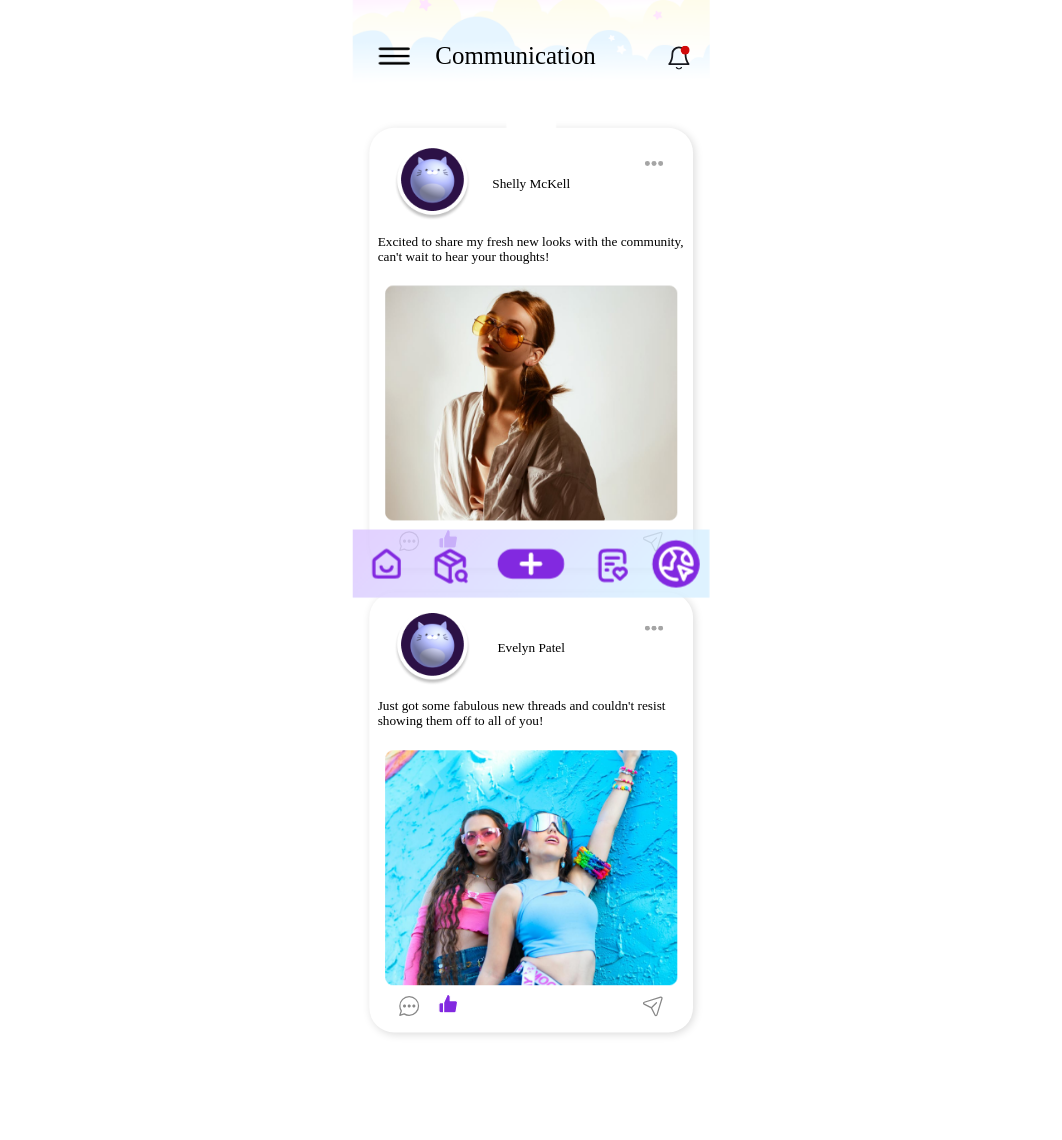
Repository: navnneett/clotho
Page: /Community
The author's editor kept a copy of each file at every save. The page is drawn from the files as they stood at one save, then again after the next save.
The browser window is 1280 px wide. The pictures show the whole page, at 83% of full size.
The page's requests for data from a server got no answer. The project was rebuilt for these pictures with package versions that can differ from the ones it lists, and the page was loaded fresh each time. The framework's server and built-in components were replaced by stand-ins that run in the browser. No one was signed in, and anything a server would have sent is missing. Also part of the build but not shown: next.config.js, next.config.mjs, components/Button/Button.module.css, components/Button/index.js, components/AddPopup/AddPopup.module.css, components/ButtonTwo/ButtonTwo.module.css, components/ButtonTwo/index.js, components/AddPopup/index.js and 4 more.

Above is the page before, as saved 2024-05-04 17:48:25.

### styles/globals.css
:root {

    --transparency: rgba(0, 0, 0, 0);
    --gray: rgb(119, 119, 119);
    --red: rgb(201, 8, 8);

    --large: 21px;
    --medium: 18px;
    --small: 16px;
    --logo: 25px;

    --button-linear-light: 45deg, rgba(221, 184, 255, 0.8), rgba(214, 239, 255, 0.8);
    --button-outline-light: 2px solid #B8C0FF;
    --inventory-card-outline: 4px solid #B8C0FF;
    --button-highlight-light: #8229E0;
    --black: black;
    --white: white;
    --white-transparent: rgba(255, 255, 255, 0.5);
    --light-gray: #B3B3B3;

    --chart-color-purple: #8884d8;
    --chart-color-blue: #83a6ed;
    --chart-color-cyan: #8dd1e1;
    --chart-color-bright-purple: #b399ff;
    --chart-color-light-purple: #b8c0ff;

    --inventory-bgColor: #FBFBFB;



    /* Text styles */
    --open-sans-text: 'Open Sans', sans-serif;
    --open-sans-weight: 500;
    --open-sans-size: 1.7rem;
    --open-sans-small: 1rem;
    --open-sans-medium: 1.2rem;

    --roboto-slab-text: 'Roboto Slab', serif;
    --roboto-slab-weight: 600;
    --roboto-slab-weight-small: 300;
    --roboto-slab-size: 3rem;
    --roboto-slab-small: 2rem;
}


html,
body {
    padding: 0;
    width: 430px;
    min-height: 923px;
    margin: 0 auto 0 auto;
}

### components/BottomNavigation/index.js/index.js
import styles from './BottomNavigation.module.css'
import Image from 'next/image'
import Link from 'next/link'
import { useState } from 'react'
import AddPopup from '@/components/AddPopup'

export default function BottomNavigation(props) {
    const {
        bgColorHome,
        bgColorInventory,
        bgColorPlus,
        bgColorCollection,
        bgColorCommunity,
        pathColorHome,
        pathColorInventory,
        pathColorCollection,
        pathColorCommunity,
        borderStyle,
        iconWidth,
        iconHeight,
    } = props

    const [openPopup, setOpenPopup] = useState(false);

    const plusButton = () => {
        setOpenPopup(!openPopup)
    };

    const closePopup = () => {
        setOpenPopup(false);
    };

    return (
        <>
            { openPopup && <AddPopup plusButton={plusButton} onClick={closePopup}/>}
            <div className={styles.container}>
                <div className={styles.home} style={{backgroundColor: bgColorHome, borderRadius: borderStyle, width: iconWidth, height: iconHeight}}>
                    <Link href='/'>
                    <svg width="35" height="36" viewBox="0 0 35 36" fill="none" xmlns="http://www.w3.org/2000/svg" tabIndex={1}>
                        <path style={{ stroke: pathColorHome}} d="M11.1236 22.1254C11.876 25.047 14.5298 27.2057 17.6881 27.2057C20.8464 27.2057 23.5002 25.047 24.2527 22.1254M16.0236 3.098L4.53089 12.0311C3.76265 12.6282 3.37853 12.9268 3.1018 13.3007C2.85666 13.6319 2.67406 14.0051 2.56294 14.4018C2.4375 14.8496 2.4375 15.3359 2.4375 16.3086V28.5605C2.4375 30.4573 2.4375 31.4057 2.80688 32.1302C3.1318 32.7675 3.65026 33.2856 4.28794 33.6103C5.0129 33.9795 5.96191 33.9795 7.85995 33.9795H27.5163C29.4144 33.9795 30.3634 33.9795 31.0883 33.6103C31.726 33.2856 32.2445 32.7675 32.5694 32.1302C32.9388 31.4057 32.9388 30.4573 32.9388 28.5605V16.3086C32.9388 15.3359 32.9388 14.8496 32.8133 14.4018C32.7022 14.0051 32.5196 13.6319 32.2745 13.3007C31.9977 12.9268 31.6136 12.6282 30.8454 12.0311L19.3527 3.098C18.7573 2.63526 18.4597 2.4039 18.131 2.31496C17.841 2.23649 17.5353 2.23649 17.2453 2.31496C16.9166 2.4039 16.6189 2.63526 16.0236 3.098Z" stroke="#8229E0" strokeWidth="4" strokeLinecap="round" strokeLinejoin="round"/>
                    </svg>
                    </Link>
                </div>
                <div className={styles.inventory} style={{backgroundColor: bgColorInventory, borderRadius: borderStyle, width: iconWidth, height: iconHeight}}>
                    <Link href='/Inventory'>
                    <svg width="41" height="42" viewBox="0 0 41 42" fill="none" xmlns="http://www.w3.org/2000/svg" tabIndex={2}>
                        <path style={{ stroke: pathColorInventory}} d="M35.4792 12.1274L19.307 21.1062M19.307 21.1062L3.13484 12.1274M19.307 21.1062L19.3071 39.1696M36.4306 21.1063V13.3893C36.4306 12.7378 36.4306 12.4121 36.3346 12.1215C36.2496 11.8645 36.1107 11.6286 35.9271 11.4295C35.7196 11.2045 35.4347 11.0463 34.8648 10.7299L20.7855 2.91305C20.2459 2.61346 19.9761 2.46367 19.6904 2.40495C19.4375 2.35297 19.1767 2.35297 18.9238 2.40495C18.6381 2.46367 18.3683 2.61347 17.8287 2.91305L3.74939 10.7299C3.17952 11.0463 2.89457 11.2045 2.68709 11.4295C2.50353 11.6286 2.36462 11.8645 2.27965 12.1215C2.18359 12.4121 2.18359 12.7378 2.18359 13.3893V28.8232C2.18359 29.4747 2.18359 29.8005 2.27965 30.091C2.36462 30.348 2.50353 30.5839 2.68709 30.783C2.89457 31.008 3.17953 31.1662 3.74939 31.4826L17.8287 39.2995C18.3683 39.5991 18.6381 39.7488 18.9238 39.8076C19.1767 39.8595 19.4375 39.8595 19.6904 39.8076C19.9761 39.7488 20.2459 39.5991 20.7855 39.2995L21.2097 39.0639M10.7453 6.84575L27.8689 16.3528M38.3332 39.1696L36.4306 37.2682M38.3332 32.5147C38.3332 35.665 35.7777 38.2189 32.6254 38.2189C29.473 38.2189 26.9176 35.665 26.9176 32.5147C26.9176 29.3643 29.473 26.8105 32.6254 26.8105C35.7777 26.8105 38.3332 29.3643 38.3332 32.5147Z" stroke="#8229E0" strokeWidth="4" strokeLinecap="round" strokeLinejoin="round"/>
                    </svg>
                    </Link>
                </div>
                <div className={styles.plus} style={{backgroundColor: bgColorPlus, borderRadius: borderStyle}}>
                    <svg width="81" height="37" viewBox="0 0 81 37" fill="none" xmlns="http://www.w3.org/2000/svg" tabIndex={3} onClick={plusButton}>
                        <rect x="0.603516" y="0.430176" width="80.2522" height="35.7654" rx="17.8827" fill="#8229E0"/>
                        <rect x="27.1733" y="15.6034" width="27.1122" height="5.41899" rx="2.7095" fill="white"/>
                        <rect x="38.0186" y="31.8604" width="27.095" height="5.42244" rx="2.71122" transform="rotate(-90 38.0186 31.8604)" fill="white"/>
                    </svg>
                </div>
                <div className={styles.collection} style={{backgroundColor: bgColorCollection, borderRadius: borderStyle, width: iconWidth, height: iconHeight}}>
                    <Link href='/Overview'>
                    <svg width="37" height="41" viewBox="0 0 37 41" fill="none" xmlns="http://www.w3.org/2000/svg" tabIndex={4}>
                      <path style={{ stroke: pathColorCollection}} d="M32.6062 16.7002V10.9199C32.6062 7.88498 32.6062 6.36752 31.9979 5.20833C31.4627 4.18868 30.6088 3.35968 29.5585 2.84015C28.3644 2.24951 26.8013 2.24951 23.6752 2.24951H11.767C8.64085 2.24951 7.07777 2.24951 5.88373 2.84015C4.83342 3.35968 3.97949 4.18868 3.44433 5.20833C2.83594 6.36752 2.83594 7.88498 2.83594 10.9199V29.7057C2.83594 32.7407 2.83594 34.2581 3.44433 35.4173C3.97949 36.437 4.83342 37.266 5.88373 37.7855C7.07777 38.3761 8.64085 38.3761 11.767 38.3761H17.7211M18.6514 18.5065H10.2785M12.1392 25.7318H10.2785M25.1637 11.2812H10.2785M27.0192 25.4258C25.5312 23.7839 23.0498 23.3422 21.1854 24.8457C19.321 26.3493 19.0585 28.8631 20.5226 30.6413C21.9868 32.4195 27.0192 36.5698 27.0192 36.5698C27.0192 36.5698 32.0517 32.4195 33.5158 30.6413C34.9799 28.8631 34.7495 26.3334 32.853 24.8457C30.9566 23.358 28.5072 23.7839 27.0192 25.4258Z" stroke="#8229E0" strokeWidth="4" strokeLinecap="round" strokeLinejoin="round"/>
                    </svg>
                    </Link>
                </div>
                <div className={styles.community}  style={{backgroundColor: bgColorCommunity, borderRadius: borderStyle, width: iconWidth, height: iconHeight}}>
                    <Link href='/Community'>
                    <svg width="43" height="43" viewBox="0 0 43 43" fill="none" xmlns="http://www.w3.org/2000/svg" tabIndex={5}>
                        <path style={{ stroke: pathColorCommunity}} d="M3.98109 28.2264L7.60257 26.1371C7.79873 26.024 8.02892 25.9846 8.25156 26.0263L15.3771 27.359C15.9626 27.4685 16.5032 27.018 16.5005 26.4227L16.4728 20.1834C16.472 20.0139 16.5168 19.8472 16.6023 19.7009L20.1982 13.5484C20.3854 13.2282 20.3686 12.8284 20.1553 12.525L14.1008 3.91247M34.9417 7.76905C24.5035 12.7781 30.1967 19.4163 32.0949 20.3647C35.6573 22.1444 40.6114 22.2612 40.6114 22.2612C40.6269 21.9471 40.6349 21.6309 40.6349 21.3129C40.6349 10.838 32.1379 2.34644 21.6563 2.34644C11.1747 2.34644 2.67773 10.838 2.67773 21.3129C2.67773 31.7878 11.1747 40.2794 21.6563 40.2794C21.9745 40.2794 22.2909 40.2716 22.6052 40.2561M30.6859 40.1652L24.6758 24.3305L40.5206 30.3368L33.4944 33.1435L30.6859 40.1652Z" stroke="#8229E0" strokeWidth="4" strokeLinecap="round" strokeLinejoin="round"/>
                    </svg>
                    </Link>
                </div>
                <div className={styles.background}>
                    <svg width="430" height="90" viewBox="0 0 430 90" fill="none" xmlns="http://www.w3.org/2000/svg">
                        <rect width="430" height="82" fill="url(#paint0_linear_415_4683)"/>
                        <defs>
                        <linearGradient id="paint0_linear_415_4683" x1="-92.5" y1="-202.887" x2="392.529" y2="223.804" gradientUnits="userSpaceOnUse">
                        <stop offset="0.175" stopColor="#DDB8FF" stopOpacity="0.8"/>
                        <stop offset="0.805" stopColor="#D6EFFF" stopOpacity="0.8"/>
                        </linearGradient>
                        </defs>
                    </svg>
                </div>
            </div>
        </>
    )
}

### styles/Community.module.css
.main {
    background-image: url('/images/quiz/Light Mode Low Opacity.png');
    height: 100vh;
    background-size: cover;
    background-position: center;
    width: 100%;
    max-width: 430px;
    display: flex;
    flex-direction: column;
    align-items: center;
    padding: 0;
    margin: 0 auto;
}

.menuIcon {
    padding-top: 20px;
    padding-right: 25px;
}

.userIcon {
    padding-top: 20px;
    padding-left: 0px;
    padding-right: 25px;
    z-index: 4;
}

.title {
    font-family: "Roboto Slab";
    font-size: 30px;
    font-style: normal;
    font-weight: 400;
    line-height: normal;
    width: 250px;
    text-align: left;
}

.pageTitle {
    display: flex;
    flex-direction: row;
    align-items: flex-start;
    padding-top: 30px;
}

.contentContainer {
    display: flex;
    flex-direction: column;
    align-items: center;
    justify-content: center;
    width: 430px;
    position: relative;
    margin-top: 150px;
    /* height: calc(100vh -20px);
    padding-bottom: 20px; */
}

.title {
    font-family: var(--roboto-slab-text);
}

.news {
    margin-top: 25px;
    margin-left: 30px;
}

.backgroundCard {
    position: relative;
    top: -100px;
    width: 390px;
    height: 530px;
    background-color: var(--white);
    border-radius: 30px;
    box-shadow: 2px 2px 10px 0px rgba(0, 0, 0, 0.15);
    margin-bottom: 30px
}

.user {
    margin-left: 30px;
    margin-top: 20px;
}

.postHead {
    display: flex;
    flex-direction: row;
}

.postHead svg {
    margin-top: 40px;
    margin-left: 210px;
}

.content {
    display: flex;
    position: relative;
    top: -80px;
    flex-direction: column;
    justify-content: center;
    align-items: center;
}

.content p {
    width: 370px;
    padding: 10px 15px;
}

.userName {
    text-align: center;
}

.icons {
    display: flex;
    flex-direction: row;
    padding-top: 10px;
}

.chat {
    padding-right: 20px;
}

.send {
    padding-left: 220px;
}

.popUp {
    z-index: 1;

}

.newContainer {
    z-index: 100;
    position: fixed;
    display: flex;
    flex-direction: column;
    align-items: center;
    justify-content: center;
    width: 430px;
}

### components/BottomNavigation/index.js/BottomNavigation.module.css
.container {
    display: flex;
    justify-content: center;
    flex-direction: row;
    align-items: center;
    width: 430px;
    height: 82px;
    margin: 0;
    position: fixed;
    bottom: 0;
    padding: 0;
    z-index: 1000;
}

.background {
    position: absolute;
    z-index: -1;
    margin: 0;
    padding: 0;
    bottom: -12px;
}

.home,.inventory,.plus,.collection {
    position: relative;
    display: flex;
    justify-content:space-around;
    padding: 10px;
    margin: 10px;
}

.community {
    position: relative;
    display: flex;
    justify-content:space-around;
    padding: 7px 14px 14px 7px;
    margin: 10px;
}

.iconHolder {
    display: block;
}

.iconHolder,
.chosenIcon {
    display: block;
    border-radius: 50%;
}

Loaded but not shown: pages/_app.js (common file); pages/_document.js (common file); pages/Community.js (224 lines, source omitted)

After the next save:
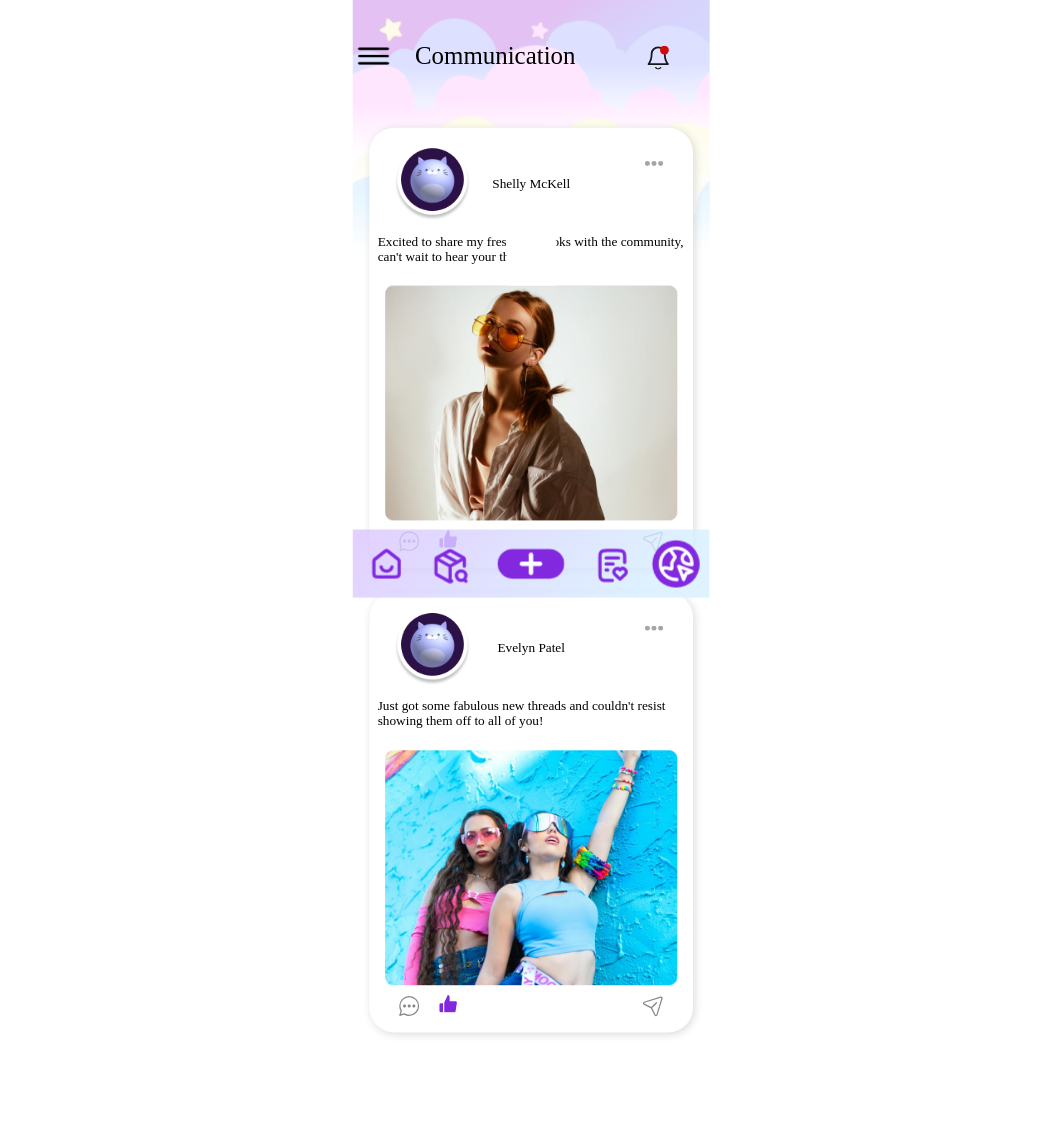
Saved 18 s later.
--- a/styles/Community.module.css
+++ b/styles/Community.module.css
@@ -1,15 +1,7 @@
 .main {
     background-image: url('/images/quiz/Light Mode Low Opacity.png');
-    height: 100vh;
     background-size: cover;
-    background-position: center;
-    width: 100%;
-    max-width: 430px;
-    display: flex;
-    flex-direction: column;
     align-items: center;
-    padding: 0;
-    margin: 0 auto;
 }
 
 .menuIcon {

After the save that followed:
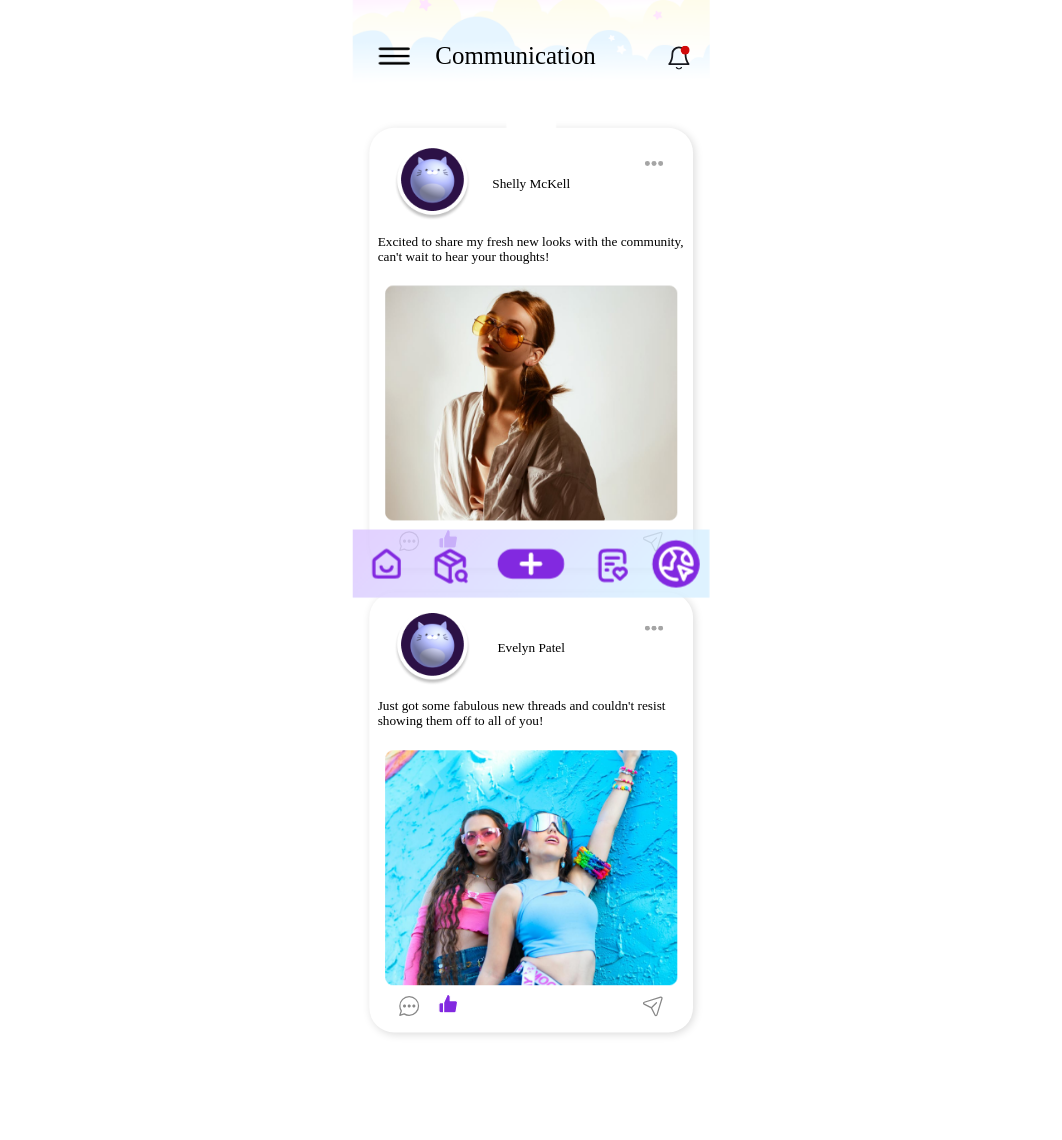
Saved 8 min 23 s later.
--- a/styles/Community.module.css
+++ b/styles/Community.module.css
@@ -1,7 +1,15 @@
 .main {
     background-image: url('/images/quiz/Light Mode Low Opacity.png');
+    height: 100vh;
     background-size: cover;
+    background-position: center;
+    width: 100%;
+    max-width: 430px;
+    display: flex;
+    flex-direction: column;
     align-items: center;
+    padding: 0;
+    margin: 0 auto;
 }
 
 .menuIcon {
